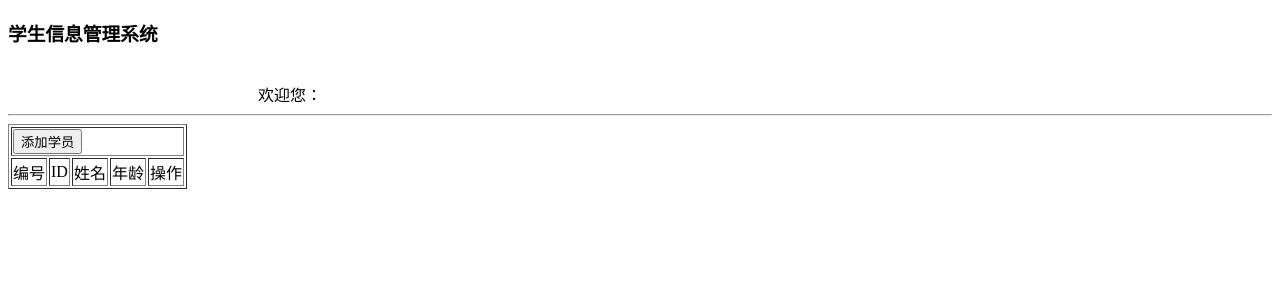
Repository: DataBoxWx/mvc_servlet_3
Page: http://localhost/mvc_2/jsp/studentlist.jsp
These files come from the project's save history. The page is drawn as it stood at one moment and after the next save; the edit follows.
The browser window is 1280 px wide. The pictures show the whole page.
The page is served by Tomcat 9. Other server files are loaded and not shown.

Above is the page before, as saved 2018-05-09 06:52:03.

### mvc_2/WebContent/jsp/studentlist.jsp
<%@ page language="java" contentType="text/html; charset=UTF-8"
    pageEncoding="UTF-8"%>
<%
	String basePath = request.getScheme() + "://" + request.getServerName() + ":" + 	request.getServerPort() + request.getContextPath() + "/";
%>
<!DOCTYPE html PUBLIC "-//W3C//DTD HTML 4.01 Transitional//EN" "http://www.w3.org/TR/html4/loose.dtd">
<html>
<head>
<base href="<%=basePath%>">
<meta http-equiv="Content-Type" content="text/html; charset=UTF-8">
<title>Insert title here</title>
</head>
<body>
	<h3>学生信息管理系统</h3><br/>
	<div style="margin-left: 250px">欢迎您：${username}</div><hr>
	<table border="1">
		<thead>
			<tr>
				<td style="text-align: left" colspan="5">
					<button id="addBtn">添加学员</button>
				</td>
			</tr>
			<tr>
				<td>编号</td>
				<td>ID</td>
				<td>姓名</td>
				<td>年龄</td>
				<td>操作</td>
			</tr>
		</thead>
		<tbody>

		</tbody>
	</table>
</body>
</html>

After the next save:
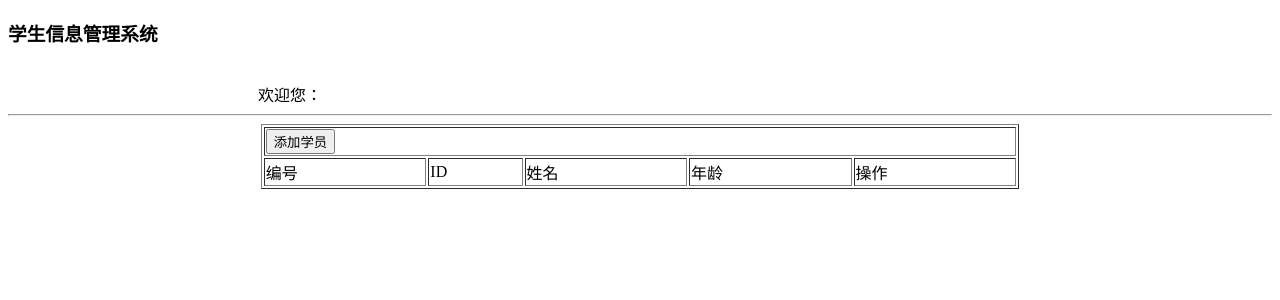
Saved 29 s later.
--- a/mvc_2/WebContent/jsp/studentlist.jsp
+++ b/mvc_2/WebContent/jsp/studentlist.jsp
@@ -13,7 +13,7 @@
 <body>
 	<h3>学生信息管理系统</h3><br/>
 	<div style="margin-left: 250px">欢迎您：${username}</div><hr>
-	<table border="1">
+	<table border="1" align="center" width="60%">
 		<thead>
 			<tr>
 				<td style="text-align: left" colspan="5">
